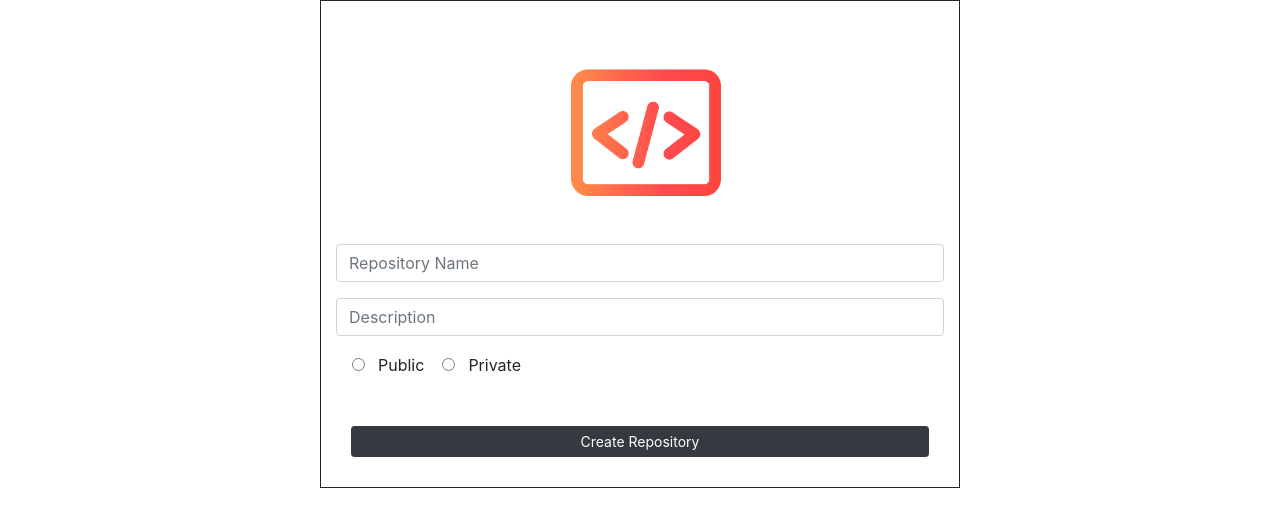
Repository: rashmikagamage/OAuth-Implementation
Page: /auth/github/callback (app in frontend/)
An editor plug-in stored every save of this project. The page is shown before and after the next save, followed by the edit.
The browser window is 1280 px wide. The pictures show the whole page.
Some web libraries are served in a nearby version. The project was rebuilt for these pictures with package versions that can differ from the ones it lists, and the page was loaded fresh each time. Also part of the build but not shown: frontend/src/css/twitter.css, frontend/src/components/login.js, frontend/src/components/twitter-home.js, frontend/src/components/login-git.js, frontend/src/App.css.

Above is the page before, as saved 2021-09-08 17:55:06.

### frontend/public/index.html
<!DOCTYPE html>
<html lang="en">
  <head>
    <meta charset="utf-8" />
    <link rel="icon" href="%PUBLIC_URL%/favicon.ico" />
    <meta name="viewport" content="width=device-width, initial-scale=1" />
    <meta name="theme-color" content="#000000" />
    <meta
      name="description"
      content="Web site created using create-react-app"
    />
    <link rel="apple-touch-icon" href="%PUBLIC_URL%/logo192.png" />
    <!--
      manifest.json provides metadata used when your web app is installed on a
      user's mobile device or desktop. See https://developers.google.com/web/fundamentals/web-app-manifest/
    -->
    <link rel="manifest" href="%PUBLIC_URL%/manifest.json" />
    <link rel="stylesheet" href="https://pro.fontawesome.com/releases/v5.13.0/css/all.css">
    <link rel="shortcut icon" href="%PUBLIC_URL%/favicon.ico">
    <!--
      Notice the use of %PUBLIC_URL% in the tags above.
      It will be replaced with the URL of the `public` folder during the build.
      Only files inside the `public` folder can be referenced from the HTML.

      Unlike "/favicon.ico" or "favicon.ico", "%PUBLIC_URL%/favicon.ico" will
      work correctly both with client-side routing and a non-root public URL.
      Learn how to configure a non-root public URL by running `npm run build`.
    -->
    <link rel="stylesheet" href="https://maxcdn.bootstrapcdn.com/bootstrap/4.0.0/css/bootstrap.min.css" integrity="sha384-Gn5384xqQ1aoWXA+058RXPxPg6fy4IWvTNh0E263XmFcJlSAwiGgFAW/dAiS6JXm" crossorigin="anonymous">
    <title>React App</title>

  </head>
  <body>

    <noscript>You need to enable JavaScript to run this app.</noscript>
    <div id="root"></div>
    <!--
      This HTML file is a template.
      If you open it directly in the browser, you will see an empty page.

      You can add webfonts, meta tags, or analytics to this file.
      The build step will place the bundled scripts into the <body> tag.

      To begin the development, run `npm start` or `yarn start`.
      To create a production bundle, use `npm run build` or `yarn build`.
    -->
    <script src="https://code.jquery.com/jquery-3.2.1.slim.min.js" integrity="sha384-KJ3o2DKtIkvYIK3UENzmM7KCkRr/rE9/Qpg6aAZGJwFDMVNA/GpGFF93hXpG5KkN" crossorigin="anonymous"></script>
    <script src="https://cdnjs.cloudflare.com/ajax/libs/popper.js/1.12.9/umd/popper.min.js" integrity="sha384-ApNbgh9B+Y1QKtv3Rn7W3mgPxhU9K/ScQsAP7hUibX39j7fakFPskvXusvfa0b4Q" crossorigin="anonymous"></script>
    <script src="https://maxcdn.bootstrapcdn.com/bootstrap/4.0.0/js/bootstrap.min.js" integrity="sha384-JZR6Spejh4U02d8jOt6vLEHfe/JQGiRRSQQxSfFWpi1MquVdAyjUar5+76PVCmYl" crossorigin="anonymous"></script>
  </body>
</html>

### frontend/src/App.js
import Login from './components/login';
import GitHome from './components/git-home';
import TwitterHome from './components/twitter-home';
import LoginGit from './components/login-git';
import {BrowserRouter as Router, Route} from "react-router-dom";
import './App.css';


function App() {
  return (

    <Router>{
      <div>
          <switch>
              <Route path="/login" component={Login}/>
              <Route path="/logingit" component={LoginGit}/>
              <Route path="/auth/github/callback" component={GitHome}/>
              <Route path="/twitterHome" component={TwitterHome}/>

          </switch>
      </div>
  }

  </Router>
  );
}

export default App;

### frontend/src/components/git-home.js
import "../css/git.css";
import code from "../images/code.png";
import React, { useState } from "react";
const axios = require("axios").default;

function GitHome(props) {
  function getRepos() {}
  return (
    <div class="main">
       <img src={code} alt="Avatar" class="img"></img>
      <form>
        <div class="form-group row mt-5">
          <input
            type="text"
            class="form-control"
            id="formGroupExampleInput"
            placeholder="Repository Name"
          ></input>
          <input
            type="text"
            class="form-control mt-3"
            id="formGroupExampleInput"
            placeholder="Description"
          ></input>
        </div>
        <table>
          <tr>
            <td>
              <div class="form-check">
                <input
                  class="form-check-input position-static"
                  type="radio"
                  name="public"
                  id="true"
                  value="option1"
                  aria-label="..."
                ></input>
              </div>
            </td>
            <td>
              <label class="form-check-label ml-1 mr-3" for="exampleRadios2">
                Public
              </label>
            </td>
            <td>
              <div class="form-check">
                <input
                  class="form-check-input position-static"
                  type="radio"
                  name="private"
                  id="false"
                  value="false"
                  aria-label="..."
                ></input>
              </div>
            </td>
            <td>
              <label class="form-check-label ml-1 mr-3" for="exampleRadios2">
                Private
              </label>
            </td>
          </tr>
        </table>
      </form>
      <button type="button" class="btn btn-dark btn-sm btn-block mt-5">Create Repository</button>
    </div>
  );
}

export default GitHome;

### frontend/src/css/git.css
.main{
  margin: auto;
  width: 50%;
  border-style: solid;
  border-width: 1px;
  padding: 30px;



}
.img{
    width: 150px;
    margin-left: 220px;
    margin-top:15px ;

}

Loaded but not shown: frontend/src/index.js (common file); frontend/src/index.css (common file); frontend/src/reportWebVitals.js (common file)

After the next save:
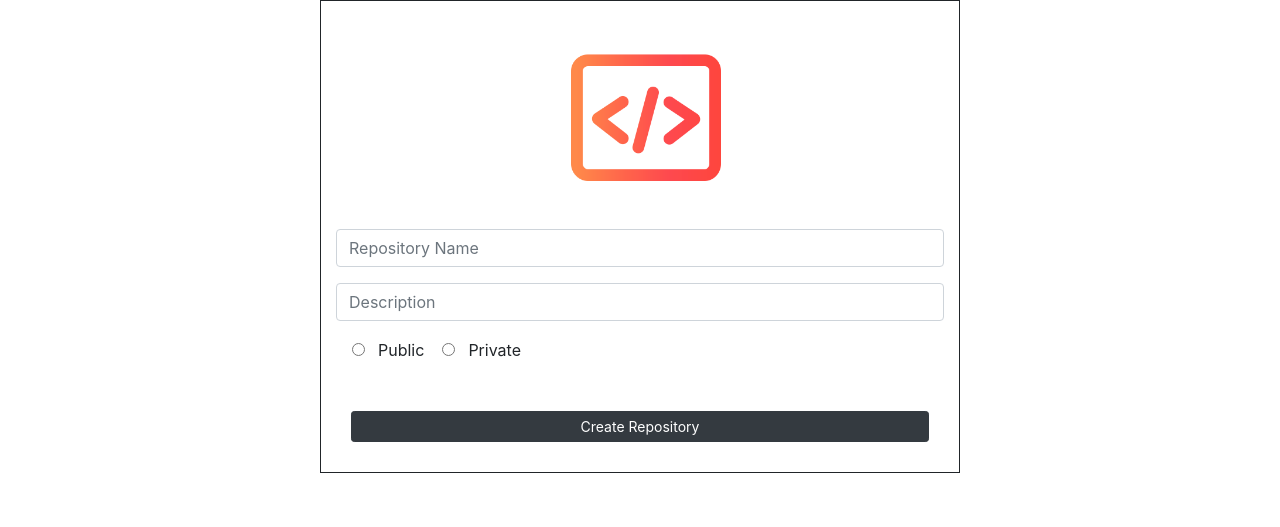
Saved 7 s later.
--- a/frontend/src/css/git.css
+++ b/frontend/src/css/git.css
@@ -11,6 +11,4 @@
 .img{
     width: 150px;
     margin-left: 220px;
-    margin-top:15px ;
-
 }
